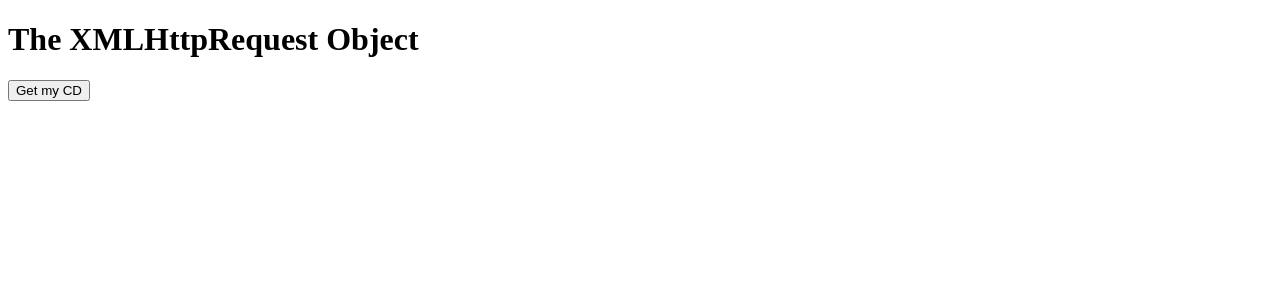
Repository: BhardwajMonika/core-java
Page: HTML2/WebContent/AjaxDemo1/WebContent/ajaxXML.html
The author's editor kept a copy of each file at every save. The page is drawn from the files as they stood at one save, then again after the next save.
The browser window is 1280 px wide. The pictures show the whole page.

Above is the page before, as saved 2019-03-08 04:27:30.

### HTML2/WebContent/AjaxDemo1/WebContent/ajaxXML.html
<!DOCTYPE html>
<html>
<style>
table,th,td{
border : 1px solid blue;
border-collapse: collapse;
}
th,td
{
padding:5px;
}
</style>
<body>
<h1>The XMLHttpRequest Object</h1>
<button type="button" onClick="loadDoc()"> Get my CD</button>
</body>
</html>

After the next save:
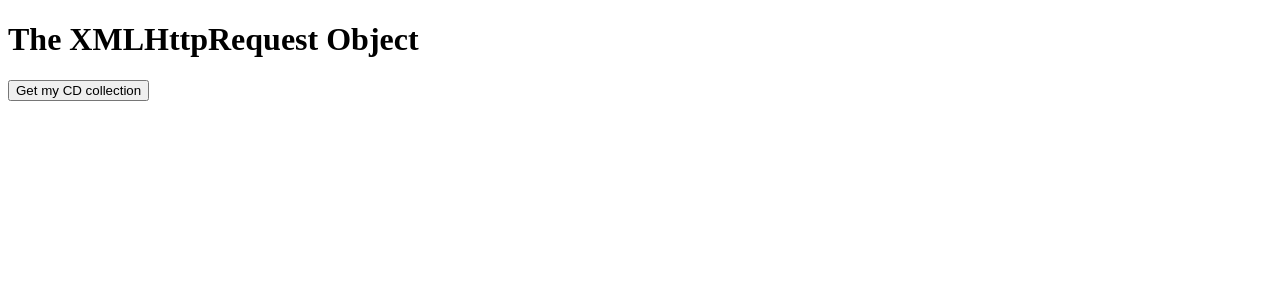
Saved 4 min 28 s later.
--- a/HTML2/WebContent/AjaxDemo1/WebContent/ajaxXML.html
+++ b/HTML2/WebContent/AjaxDemo1/WebContent/ajaxXML.html
@@ -12,6 +12,17 @@ padding:5px;
 </style>
 <body>
 <h1>The XMLHttpRequest Object</h1>
-<button type="button" onClick="loadDoc()"> Get my CD</button>
+<button type="button" onClick="loadDoc()"> Get my CD collection</button>
+<br><br>
+<table id="demo"></table>
+<script>
+function loadDoc(){}
+var xhttp = new XMLHttpRequest();
+xhttp.onreadystatechange = function(){
+	if(this.readystate == 4 && this.status == 200){
+		myfunction(this);
+	}
+};
+</script>
 </body>
 </html>
